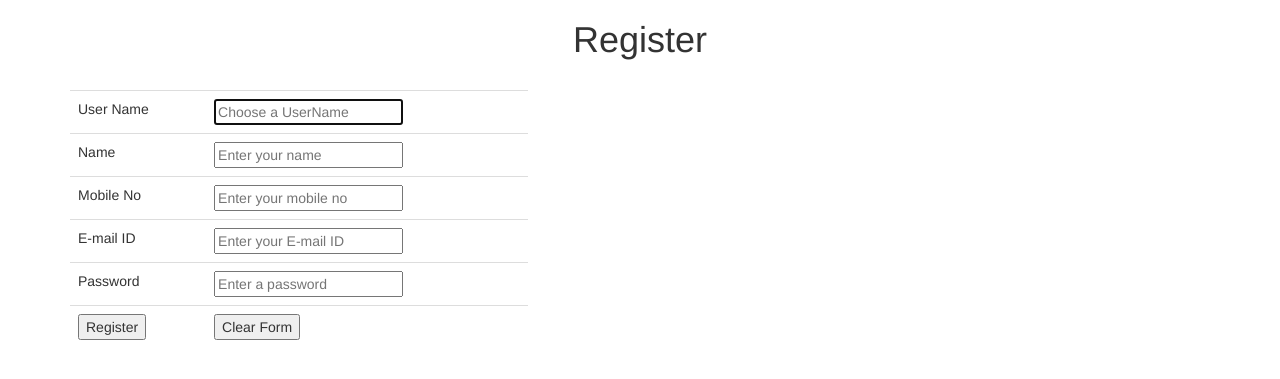
Repository: Kaustubh-Kallianpur/Practise-Programs
Page: http://localhost/pureJDBC/register.jsp
An editor plug-in stored every save of this project. The page is shown before and after the next save, followed by the edit.
The browser window is 1280 px wide. The pictures show the whole page.
The page is served by Tomcat 9.

Above is the page before, as saved 2017-04-05 08:01:49.

After the next save:
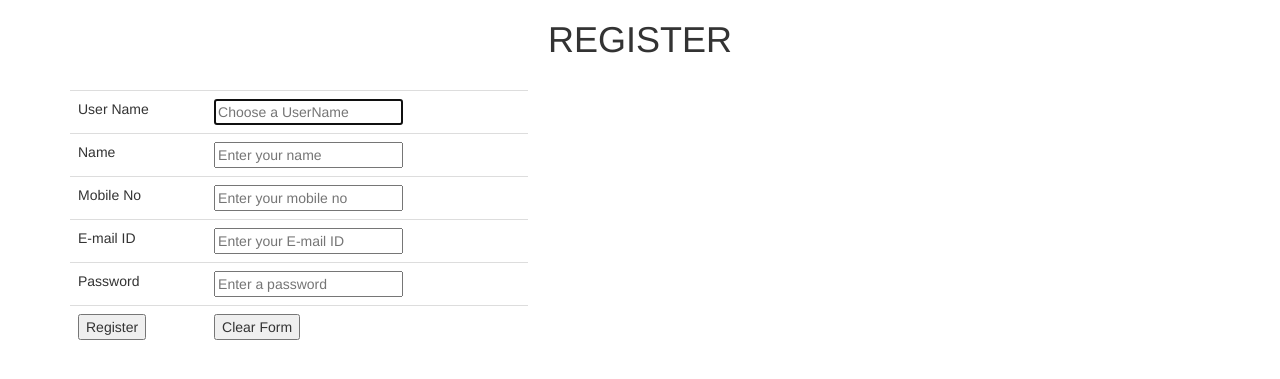
Saved 52 s later.
--- a/pureJDBC/WebContent/register.jsp
+++ b/pureJDBC/WebContent/register.jsp
@@ -11,7 +11,7 @@
 </head>
 <body>
 	<div class="container">
-		<h1 style="text-align: center;"> Register </h1>
+		<h1 style="text-align: center;"> REGISTER </h1>
 		<br>
 			<div class="row">
 			<div class="col-md-5">
